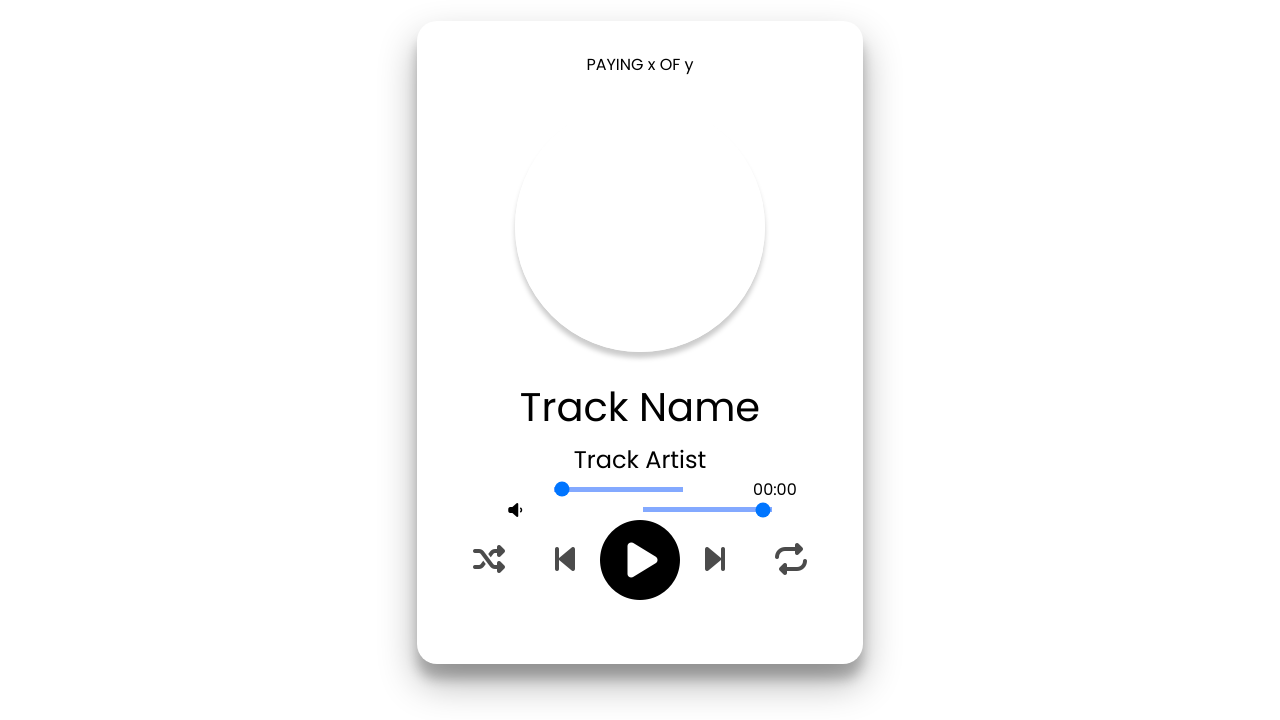
Repository: NguyenVietPhuQuy/Javascript-AudioPlayer
Page: index.html
An editor plug-in stored every save of this project. The page is shown before and after the next save, followed by the edit.
The browser window is 1280 px wide. The pictures show the whole page.

Above is the page before, as saved 2022-11-09 08:39:22.

After the next save:
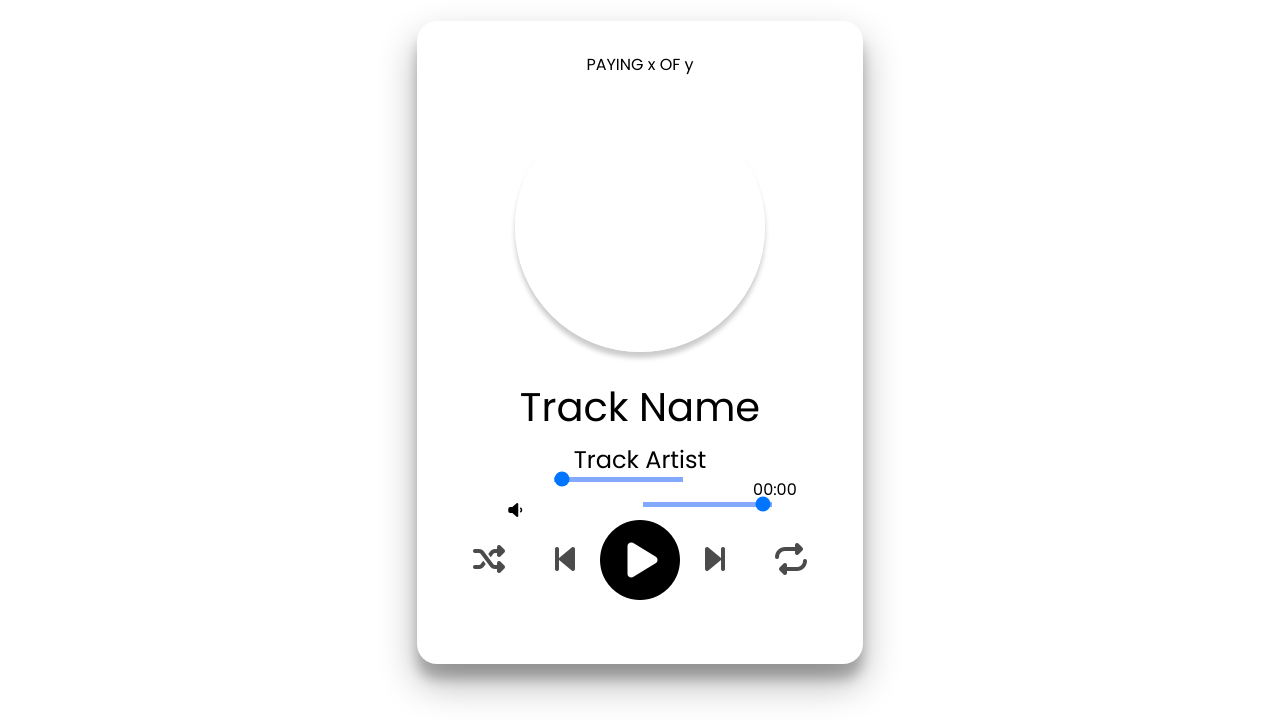
Saved 106 s later.
--- a/index.css
+++ b/index.css
@@ -75,8 +75,7 @@ img{
 }
 .slider_container{
     display: flex;
-    justify-content: center;
-    align-items: center;
+
 }
 .seek_slider,
 .volume_slider{
